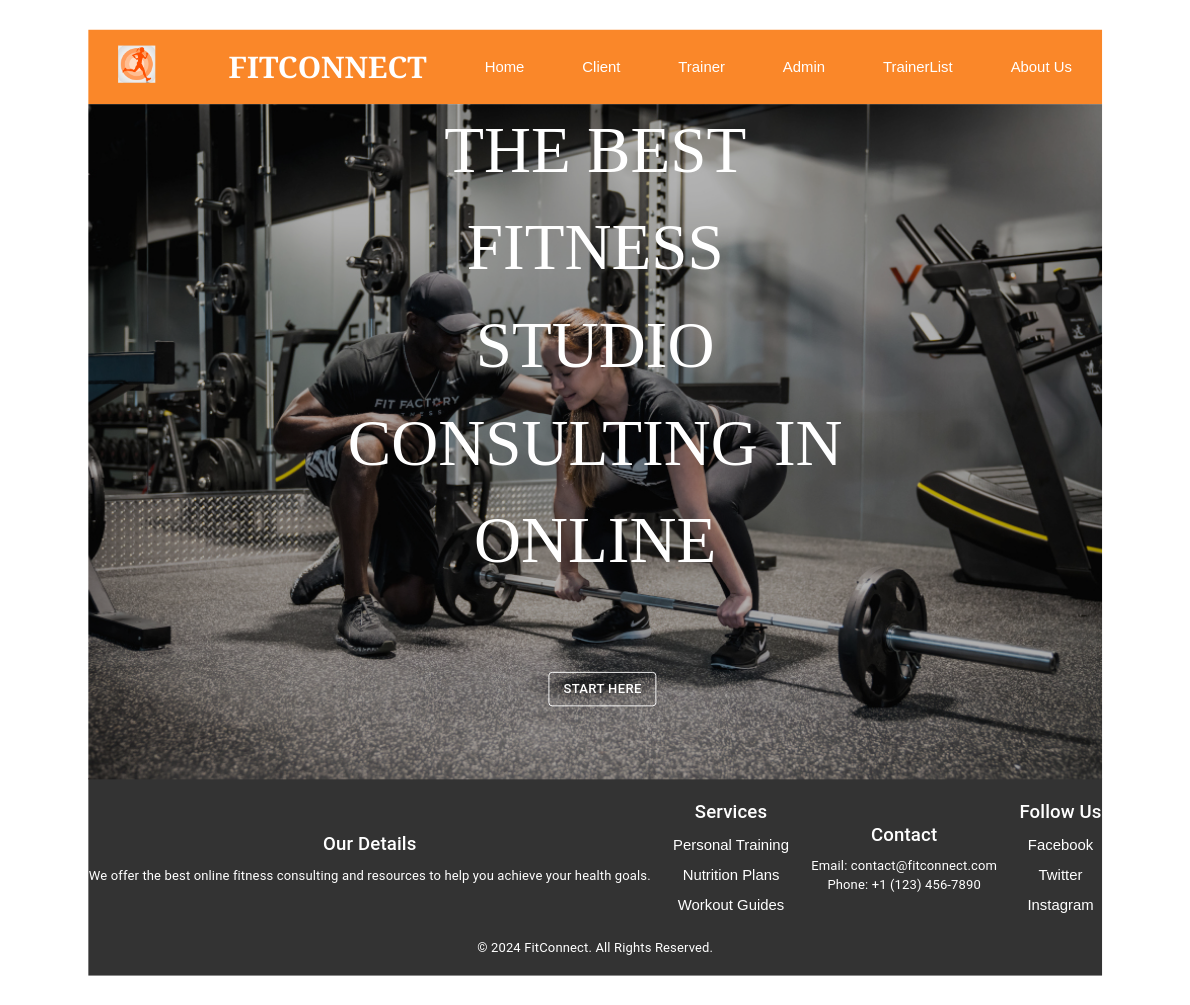
Repository: sarathraj2002/fitconnect
Page: / (app in Frontend/)
An editor plug-in stored every save of this project. The page is shown before and after the next save, followed by the edit.
The browser window is 1280 px wide. The pictures show the whole page, at 93% of full size.
The project was rebuilt for these pictures with package versions that can differ from the ones it lists, and the page was loaded fresh each time. Also part of the build but not shown: Frontend/vite.config.js, Frontend/src/components/ClientPage.jsx, Frontend/src/components/TrainerPage.jsx, Frontend/src/components/AdminPage.css, Frontend/src/components/AdminPage.jsx, Frontend/src/components/TrainerListPage.jsx, Frontend/src/components/AboutUs.jsx, Frontend/src/components/ClientRegister.css and 5 more.

Above is the page before, as saved 2024-11-12 17:47:21.

After the next save:
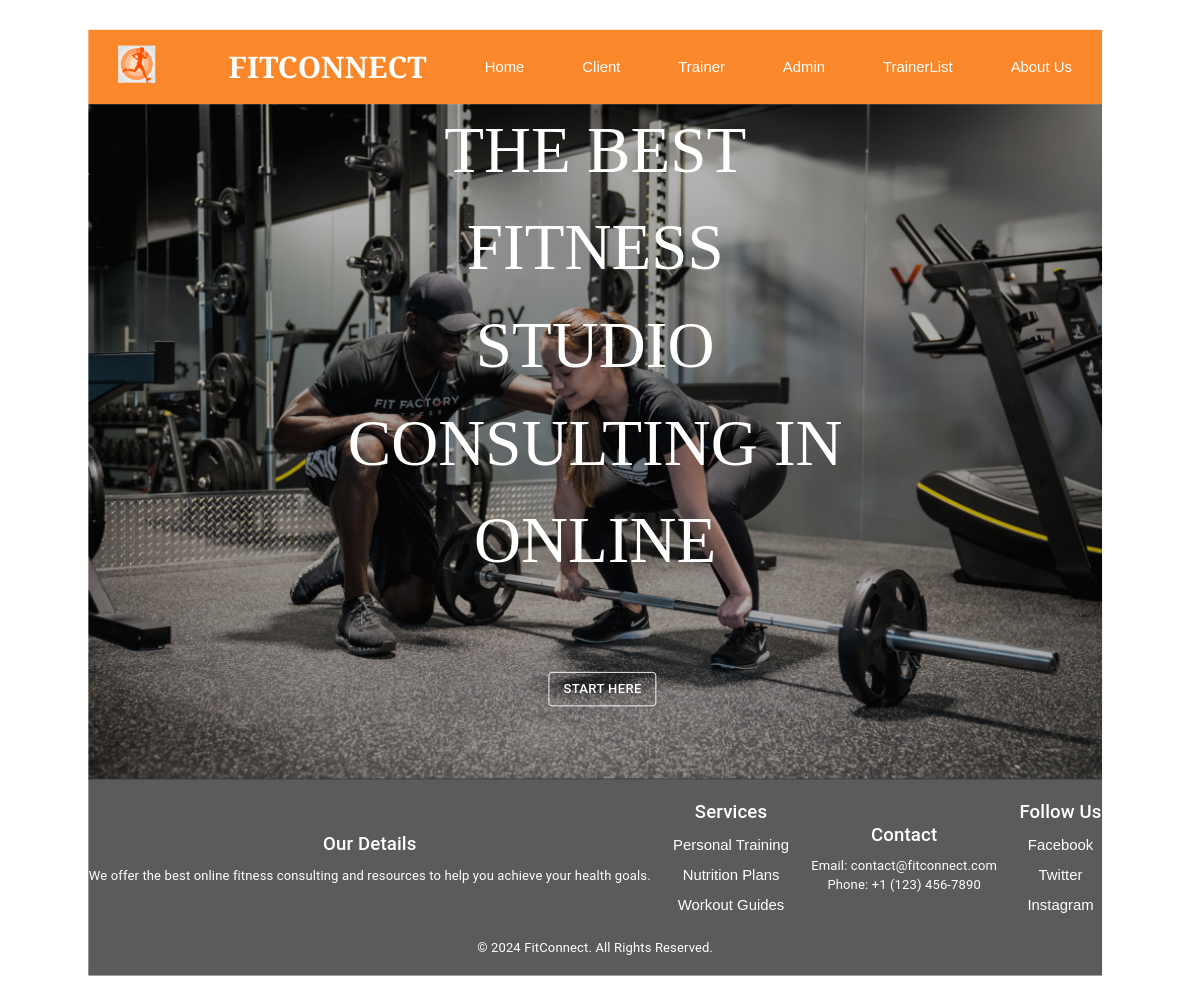
Saved 4 s later.
--- a/Frontend/src/components/Footer.jsx
+++ b/Frontend/src/components/Footer.jsx
@@ -8,7 +8,7 @@ const Footer = () => {
       component="footer"
       sx={{
         backgroundColor: '#333',
-        opacity:'100%',
+        opacity:'80%',
         color: 'white',
         padding: '20px 0',
         textAlign: 'center',
